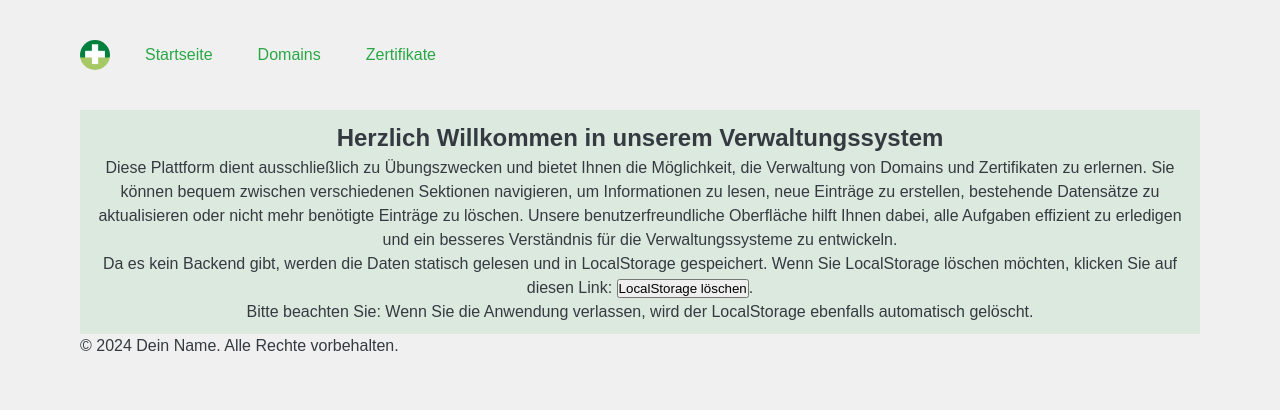
Repository: bajricadmir/verwaltungssystem-vanilla-html-css
Page: index.html
The author's editor kept a copy of each file at every save. The page is drawn from the files as they stood at one save, then again after the next save.
The browser window is 1280 px wide. The pictures show the whole page.

Above is the page before, as saved 2024-10-14 11:14:51.

### index.html
<!DOCTYPE html>
<html lang="en">
  <head>
    <meta charset="UTF-8" />
    <meta name="viewport" content="width=device-width, initial-scale=1.0" />
    <link
      rel="shortcut icon"
      href="./assets/images/favicon.ico"
      type="image/x-icon"
    />
    <link rel="stylesheet" href="style.css" />
    <title>Verwaltungssystem</title>
  </head>
  <body>
    <header class="header">
      <nav class="navigation">
        <img src="./assets/images/favicon.ico" alt="Logo" class="logo" />

        <ul class="nav-list">
          <li class="nav-item">
            <a class="nav-link" href="#home">Startseite</a>
          </li>
          <li class="nav-item">
            <a class="nav-link" href="#about">Domains</a>
          </li>
          <li class="nav-item">
            <a class="nav-link" href="#contact">Zertifikate</a>
          </li>
        </ul>
      </nav>
    </header>

    <main class="main-content">
      <section>
        <h1 class="alert-heading">
          Herzlich Willkommen in unserem Verwaltungssystem
        </h1>
        <p>
          Diese Plattform dient ausschließlich zu Übungszwecken und bietet Ihnen
          die Möglichkeit, die Verwaltung von Domains und Zertifikaten zu
          erlernen. Sie können bequem zwischen verschiedenen Sektionen
          navigieren, um Informationen zu lesen, neue Einträge zu erstellen,
          bestehende Datensätze zu aktualisieren oder nicht mehr benötigte
          Einträge zu löschen. Unsere benutzerfreundliche Oberfläche hilft Ihnen
          dabei, alle Aufgaben effizient zu erledigen und ein besseres
          Verständnis für die Verwaltungssysteme zu entwickeln.
        </p>
      </section>
      <section>
        <p>
          Da es kein Backend gibt, werden die Daten statisch gelesen und in
          LocalStorage gespeichert. Wenn Sie LocalStorage löschen möchten,
          klicken Sie auf diesen Link:
          <button type="button" class="btn">LocalStorage löschen</button>.<br />
          Bitte beachten Sie: Wenn Sie die Anwendung verlassen, wird der
          LocalStorage ebenfalls automatisch gelöscht.
        </p>
      </section>
    </main>

    <footer>
      <p>&copy; 2024 Dein Name. Alle Rechte vorbehalten.</p>
    </footer>
  </body>
</html>

### style.css
:root {
  --primary-color: #007bff;
  --secondary-color: #6c757d;
  --success-color: #28a745;
  --success-color-hover: #218838;
  --success-color-bgc: #d4edda;
  --danger-color: #dc3545;
  --warning-color: #ffc107;
  --info-color: #17a2b8;
  --light-color: #f8f9fa;
  --dark-color: #343a40;

  --font-size-base: 16px;
  --font-family-base: "Arial", sans-serif;
  --background-color: #f0f0f0;
}

* {
  margin: 0;
  padding: 0;
  box-sizing: border-box;
}

html,
body {
  height: 100%;
  font-family: var(--font-family-base);
  line-height: 1.5;
}

body {
  padding: 40px 80px;
  background-color: var(--background-color);
  color: var(--dark-color);
}

ul {
  list-style: none;
}

a {
  text-decoration: none;
  color: inherit;
}

button {
  cursor: pointer;
}

table {
  border-collapse: collapse;
  width: 100%;
}

.navigation {
  display: flex;
  align-items: center;
}

.logo {
  width: 30px;
  height: 30px;
  border-radius: 50%;
  margin-right: 20px;
}

.nav-list {
  display: flex;
  align-items: center;
}

.nav-item {
  margin-right: 15px;
}

.nav-item:last-child {
  margin-right: 0;
}

.nav-item a {
  color: var(--success-color);
  transition: color 0.3s ease;
  padding: 10px 15px;
  border-radius: 5px;
}

.nav-item a:hover {
  color: var(--success-color-hover);
  background-color: rgba(40, 167, 69, 0.1);
}

.main-content {
  display: flex;
  flex-direction: column;
  align-items: center;
  margin-top: 40px;
  background-color: rgba(40, 167, 69, 0.1);
  padding: 10px 15px;
}

section {
  text-align: center;
}

After the next save:
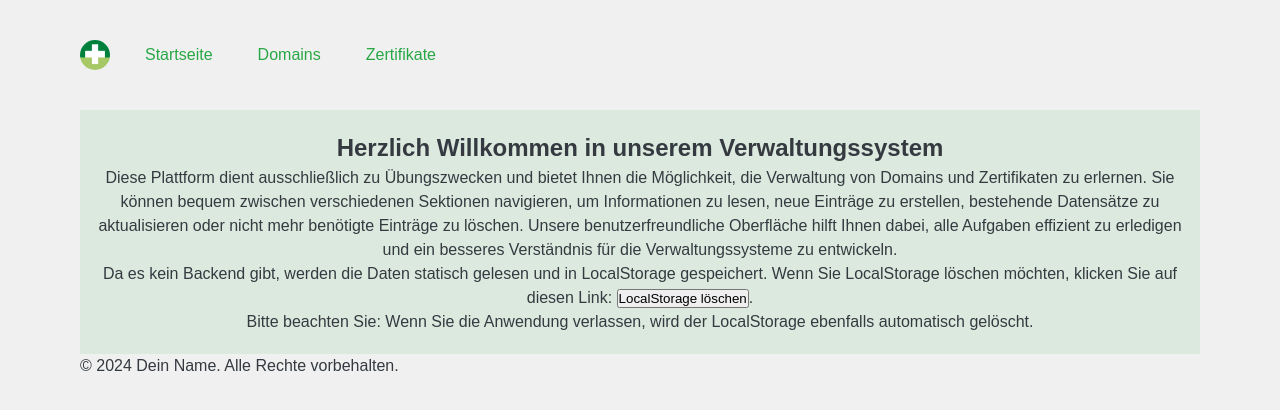
Saved 8 s later.
--- a/style.css
+++ b/style.css
@@ -95,7 +95,7 @@ table {
   align-items: center;
   margin-top: 40px;
   background-color: rgba(40, 167, 69, 0.1);
-  padding: 10px 15px;
+  padding: 20px 15px;
 }
 
 section {
